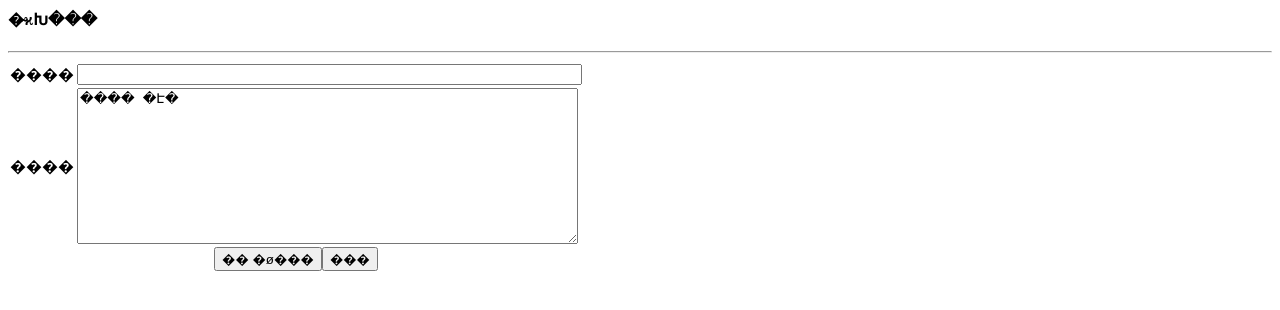
Repository: 2ujin/2018-PHP-afterschool
Page: http://localhost/CH06/ch06_05.php
An editor plug-in stored every save of this project. The page is shown before and after the next save, followed by the edit.
The browser window is 1280 px wide. The pictures show the whole page.
The page is run by PHP 8.4 with error messages shown; the project is at /var/www/html/.

Above is the page before, as saved 2018-07-31 01:15:25.

### PHPStudy/CH06/ch06_05.php
<html>
<h4>미니게시판</h4><hr>
<table  width = "60" cellspacing="1" cellpaddding="4">
<tr><td>제목</td><td><input type = text size = 60 id = title></input></td></tr>
<tr><td valign = "middle">내용</td><td><textarea name = "content" cols = "60" rows = "10">내용 입력</textarea></td></tr>
<tr><td colspan = "2" align="center"><input type = "submit" value = "글 올리기" id = "submit"><input type="submit" value = "취소" id = "cancel"></td></tr>
</table>
</html>

<?php

?>

After the next save:
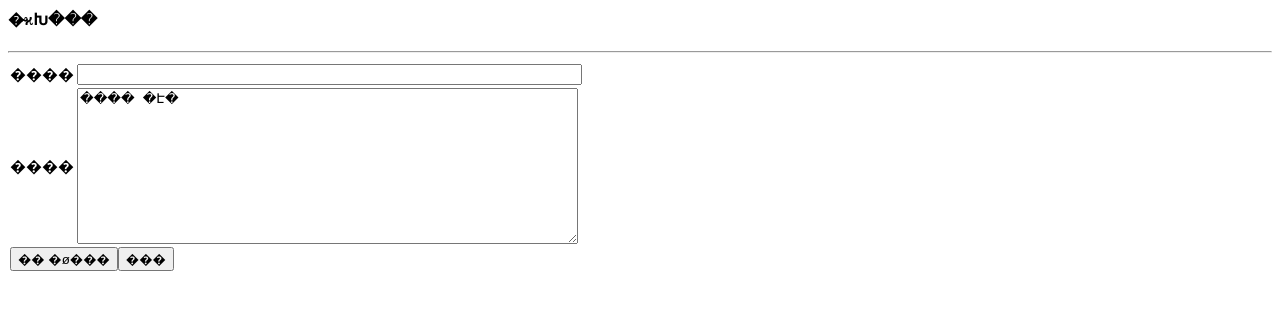
Saved 4 s later.
--- a/PHPStudy/CH06/ch06_05.php
+++ b/PHPStudy/CH06/ch06_05.php
@@ -3,7 +3,7 @@
 <table  width = "60" cellspacing="1" cellpaddding="4">
 <tr><td>제목</td><td><input type = text size = 60 id = title></input></td></tr>
 <tr><td valign = "middle">내용</td><td><textarea name = "content" cols = "60" rows = "10">내용 입력</textarea></td></tr>
-<tr><td colspan = "2" align="center"><input type = "submit" value = "글 올리기" id = "submit"><input type="submit" value = "취소" id = "cancel"></td></tr>
+<tr><td colspan = "2" ><input type = "submit" value = "글 올리기" id = "submit"><input type="submit" value = "취소" id = "cancel"></td></tr>
 </table>
 </html>
 
